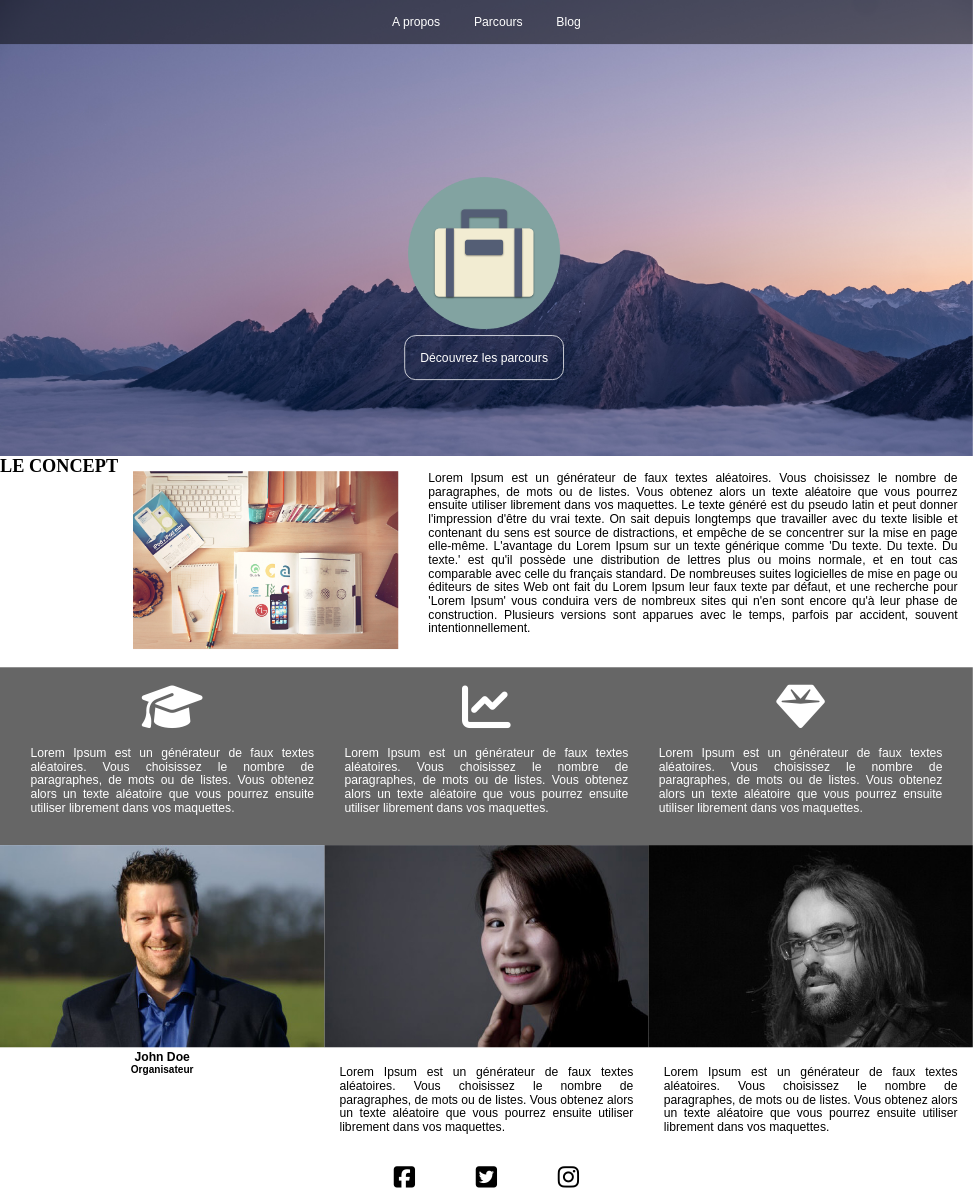
Repository: georeyff/WordPressThemes
Page: agenceVoyageInitial/index.html
These files come from the project's save history. The page is drawn as it stood at one moment and after the next save; the edit follows.
The browser window is 1280 px wide. The pictures show the whole page, at 76% of full size.
Some web fonts or font styles are not loaded; a fallback is used. Some web libraries are served in a nearby version.

Above is the page before, as saved 2020-11-26 17:09:59.

### agenceVoyageInitial/index.html
<!DOCTYPE html>

<html>

  <head>
    <meta name="viewport" content="width=device-width, initial-scale=1, maximum-scale=1">
    <!-- Global site tag (gtag.js) - Google Analytics -->
    <script async src="https://www.googletagmanager.com/gtag/js?id=UA-117493411-1"></script>
    <title>Agence de voyages</title>
    <link rel="stylesheet" type="text/css" href="style.css">

    <meta charset="utf-8">


    <link href="https://fonts.googleapis.com/css?family=Lobster" rel="stylesheet">
  <script src="https://kit.fontawesome.com/00a3624a11.js" crossorigin="anonymous"></script>
  </head>

  <body>

    <section id="hero">
      <nav>
        <a href="#" target="_blank">A propos</a>
        <a href="#" target="_blank">Parcours</a>
        <a href="#" target="_blank">Blog</a>
      </nav><!--Ici, on referme la balise nav-->
      <div id="bandeau">
        <div id="contenu">
          <div class="contenu-logo">
            <img src="logo-valise.png" alt="logo Agence de Voyages" width="200px"/>
          </div>
          <div class="contenu-cta">
            <a href="#">Découvrez les parcours</a>
          </div>

        </div><!--Ici, on referme la div contenu-->
      </div><!-- Ici, on referme la div bandeau-->

    </section><!--Ici, on referme la balise section-->

    <section id="apropos">
        <h2>LE CONCEPT</h2>
        <div id="apropos_image">

         <img src="images/office.jpg" alt="bureau"/>

        </div><!-- Referme apropos_image-->
         <div id="apropos_texte">
          <p>
            Lorem Ipsum est un générateur de faux textes aléatoires. Vous choisissez le nombre de paragraphes, de mots ou de listes. Vous obtenez alors un texte aléatoire que vous pourrez ensuite utiliser librement dans vos maquettes. Le texte généré est du pseudo latin et peut donner l'impression d'être du vrai texte. On sait depuis longtemps que travailler avec du texte lisible et contenant du sens est source de distractions, et empêche de se concentrer sur la mise en page elle-même. L'avantage du Lorem Ipsum sur un texte générique comme 'Du texte. Du texte. Du texte.' est qu'il possède une distribution de lettres plus ou moins normale, et en tout cas comparable avec celle du français standard. De nombreuses suites logicielles de mise en page ou éditeurs de sites Web ont fait du Lorem Ipsum leur faux texte par défaut, et une recherche pour 'Lorem Ipsum' vous conduira vers de nombreux sites qui n'en sont encore qu'à leur phase de construction. Plusieurs versions sont apparues avec le temps, parfois par accident, souvent intentionnellement.
          </p>
        </div><!-- Referme apropos_texte -->
    </section><!--Ici, on referme la section apropos-->

    <section id="services">
        <div class="services_item">
          <i class="fas fa-graduation-cap fa-4x"></i>
          <p>
            Lorem Ipsum est un générateur de faux textes aléatoires. Vous choisissez le nombre de paragraphes, de mots ou de listes. Vous obtenez alors un texte aléatoire que vous pourrez ensuite utiliser librement dans vos maquettes.
          </p>
        </div><!-- Referme services_item -->
        <div class="services_item">
          <i class="fas fa-chart-line fa-4x"></i>
          <p>
            Lorem Ipsum est un générateur de faux textes aléatoires. Vous choisissez le nombre de paragraphes, de mots ou de listes. Vous obtenez alors un texte aléatoire que vous pourrez ensuite utiliser librement dans vos maquettes.
          </p>
        </div><!-- Referme services_item -->
        <div class="services_item">
          <i class="fas fa-gem fa-4x"></i>
          <p>
            Lorem Ipsum est un générateur de faux textes aléatoires. Vous choisissez le nombre de paragraphes, de mots ou de listes. Vous obtenez alors un texte aléatoire que vous pourrez ensuite utiliser librement dans vos maquettes.
        </div><!-- Referme services_item -->
    </section><!--Ici, on referme la section services-->
    <section id="team">
        <div class="team_item">
          <img src="team1.jpg">
          <h4>John Doe</h4>
          <h5>Organisateur</h5>
        </div><!-- Referme services_item -->
        <div class="team_item">
          <img src="team2.jpg">
          <p>
            Lorem Ipsum est un générateur de faux textes aléatoires. Vous choisissez le nombre de paragraphes, de mots ou de listes. Vous obtenez alors un texte aléatoire que vous pourrez ensuite utiliser librement dans vos maquettes.
          </p>
        </div><!-- Referme services_item -->
        <div class="team_item">
          <img src="team3.jpg">
          <p>
            Lorem Ipsum est un générateur de faux textes aléatoires. Vous choisissez le nombre de paragraphes, de mots ou de listes. Vous obtenez alors un texte aléatoire que vous pourrez ensuite utiliser librement dans vos maquettes.
        </div><!-- Referme services_item -->
    </section><!--Ici, on referme la section services-->



    <footer>
      <div class="social">
        <a href="http://facebook.fr" target="_blank"><i class="fab fa-facebook-square fa-2x"></i></a>
      </div>
       <div class="social">
        <a href="http://twitter.fr" target="_blank"><i class="fab fa-twitter-square fa-2x"></i></a>
      </div>
      <div class="social">
        <a href="http://instagram.fr" target="_blank"><i class="fab fa-instagram fa-2x"></i></a>
      </div>
    </footer><!--Ici, on referme la balise footer-->






<!-- MODAL -->
<div id="leadModal" class="modal">

  <!-- BLOC CENTRAL -->
  <div class="modalBloc">
    <!-- Une icône -->
    <div class="modalIcon">
      <i class="fas fa-mug-hot fa-9x"></i>
    </div>
    <!-- Titre - Image - Sous-titre -->
    <div class="modalText">
      <h4 class="modalTextTitle">Continuez la lecture</h4>
      <img src="./images/seo.jpg">
      <h5 class="modalTextSubtitle">
        Prochain article : les 5 outils clés du SEO
      </h5>
    </div>
    <div class="modalBtn">
      <a href="#">Je continue</a>

      <a href="#" id="btnNo">Non merci, je ne préfère pas savoir</a>

    </div>
  </div><!-- Ici on referme modalBloc -->

</div><!-- Ici on referme leadModal -->




  <!-- BLOC FOND BLANC -->
<!--   <div class="modalMessage">
    <div class="modalIcon">
      <i class="fas fa-mug-hot fa-9x"></i>
    </div>
    <div class="modalText">
      <h4 class="modalTextTitle">Continuez la lecture</h4>
      <img src="./images/seo.jpg" width="300">
      <h5 class="modalTextSubtitle">Prochain article : les 5 outils clés du SEO</h5>
    </div>
    <div class="modalBtn">
      <a href="#">Je continue</a>
      <a href="#">Non merci, je ne préfère pas savoir</a>
    </div>

    <span class="close">&times;</span>
  </div> -->
<!-- SCRIPT POUR DECLENCHER UNE BOITE DE DIALOGUE + REDIRECTION -->
<!-- <script type="text/javascript">
  console.log('test depuis ligne 169');
  window.alert('Etes-vous sûr ?');
  window.location.href='http://someplace.com';
</script> -->



  <!-- <script src="script.js"></script> -->

  </body>

</html>

### agenceVoyageInitial/style.css
*{
  margin:0;
  padding:0;
}
@font-face {
    font-family: 'lunaregular';
    src: url('./fonts/luna-webfont.woff2') format('woff2'),
         url('./fonts/luna-webfont.woff') format('woff'),
         url('./fonts/luna.ttf');
    font-weight: normal;
    font-style: normal;
}

html{
  font-family: 'arial';
  font-size: 16px;
}

h1{
  color: black;/*rgb(0,0,0) ou #000 */
  font-size: 24px;
  font-family: 'lunaregular';
}
h2{
  color: black;
  font-family: 'Lobster', cursive;
}
h3{
  color: black;
}
a{
  color: white;
  text-decoration: none;
  padding : 20px;
}

#hero{
  background: url('images/bg.jpg');
  background-repeat: no-repeat;
  background-size: cover;
  /*height: 100%;pour prendre en compte les dimensions de padding à l'intérieur de cette grande DIV*/

  height: 600px;
  position: relative;

}

nav{
  background-color: rgba(0,0,0,0.5);
  text-align: center;
  padding: 20px;
}

#bandeau{
  /* margin-top: 10%; /* 10% de la largeur de la fenêtre */
  /* margin-bottom: 10%; */
  position: absolute;
  bottom: 20%;
  left: 40%;
  /* line-height: 600px; */
  /* background-color: rgba(255,255,255,0.5); */
}
.contenu-logo{
  margin: 25px;
}
#contenu{
  text-align: center;
  /* padding: 10%;10% de la largeur de la fenêtre */
}
#contenu a{
  color : rgb(255, 255, 255);
  border : 1px solid rgb(255, 255, 255);
  border-radius: 15px;
  padding: 20px;
  transition: all 1s;
  -webkit-transform: rotate(20deg);
}
#contenu a:hover{
  color : rgb(255, 255, 255);
  border : 1px solid rgba(92, 92, 92, 0.8);
  background-color: rgba(92, 92, 92, 0.8); */
  -ms-transform: rotate(20deg); /* IE 9 */
  -webkit-transform: rotate(20deg); /* Safari */
  transform: rotate(20deg);
}

#apropos{
  background-color: white;
  display: flex;
}

#apropos_image{
  padding: 20px;
  flex: 1;
}

#apropos_texte{
  padding: 20px;
  flex: 2;
  text-align: justify;
}

#apropos_image img{
  flex:1;
  max-width: 100%;/*L'image prend au maximum la largeur de son contenant, soit 100% de 1/3*/
}
#services{
  display : flex;
  background-color: #666;
  color: white;
  padding : 20px;
  text-align: center;
}
.services_item p{
  text-align: justify;
  padding: 20px;
}
#team{
  display : flex;
  text-align: center;
}
.team_item{
  flex: 1;
}
.team_item img{
  width: 100%;
}
.team_item p{
  text-align: justify;
  padding: 20px;
}
#lead{
  display: flex;
  justify-content: center;
  background-color: #e74c3c;
  color: white;
}
#lead h2{
  color: white;
}
.form{
  padding: 20px;
}

footer{
  display: flex;
  justify-content: center;
}

footer a{
  color: black;
}

footer a:hover{
  color: #e74c3c;
}

.social{
  padding: 20px;
}



#mce-success-response{
  color: white!important;
}

/* Le modal*/
.modal {
  display: none;  /*Caché par défaut*/
  position: fixed; /* Nécessaire pour positionner la DIV au bon endroit */
  z-index: 1; /* Se place au-dessus */
  left: 0;/*Collé au bord gauche*/
  top: 0;/*Collé au bord haut*/



  /* Pour pouvoir faire défiler le contenu */
  overflow: auto;

  background-color: rgba(243,235,72, 0.76); /* Jaune avec une transparence */
  height: 100%; /* Pleine hauteur */
  width: 100%; /* Pleine largeur */
  z-index: 1; /* Se place au-dessus */


}



/* Le Bloc Central*/
.modalBloc{
  margin: 10% auto;
  padding: 20px;
  width: 50%;
  text-align: center;
  background-color: white;
  color: black;
  border-top: 10px solid black;
}

.modalTextTitle{
  font-size: 60px;
  font-family: 'Lobster', cursive;
}
.modalTextSubtitle{
  font-size: 20px;
}
.modalText img{
  width: 60%;
}


.modalBtn{
  margin: 5%;
}
.modalBtn a{
  color: white;
  background-color:black;
}
.modalBtn a:hover{
  opacity: 0.7;
}

@media screen and (max-width: 414px){
  /*ICI LES PRECEDENTES DECLARATIONS*/
  .modalTextTitle{
    font-size:40px;
  }
  .modalBtn a{
    display: block;
    margin-bottom: 5%;
  }


  #apropos{
   flex-direction: column;
  }/*Ici, on referme la déclaration #apropos*/
  #services{
    flex-direction: column;
  }/*Ici, on referme la déclaration #services*/



}/*Ici, on referme la media query*/

After the next save:
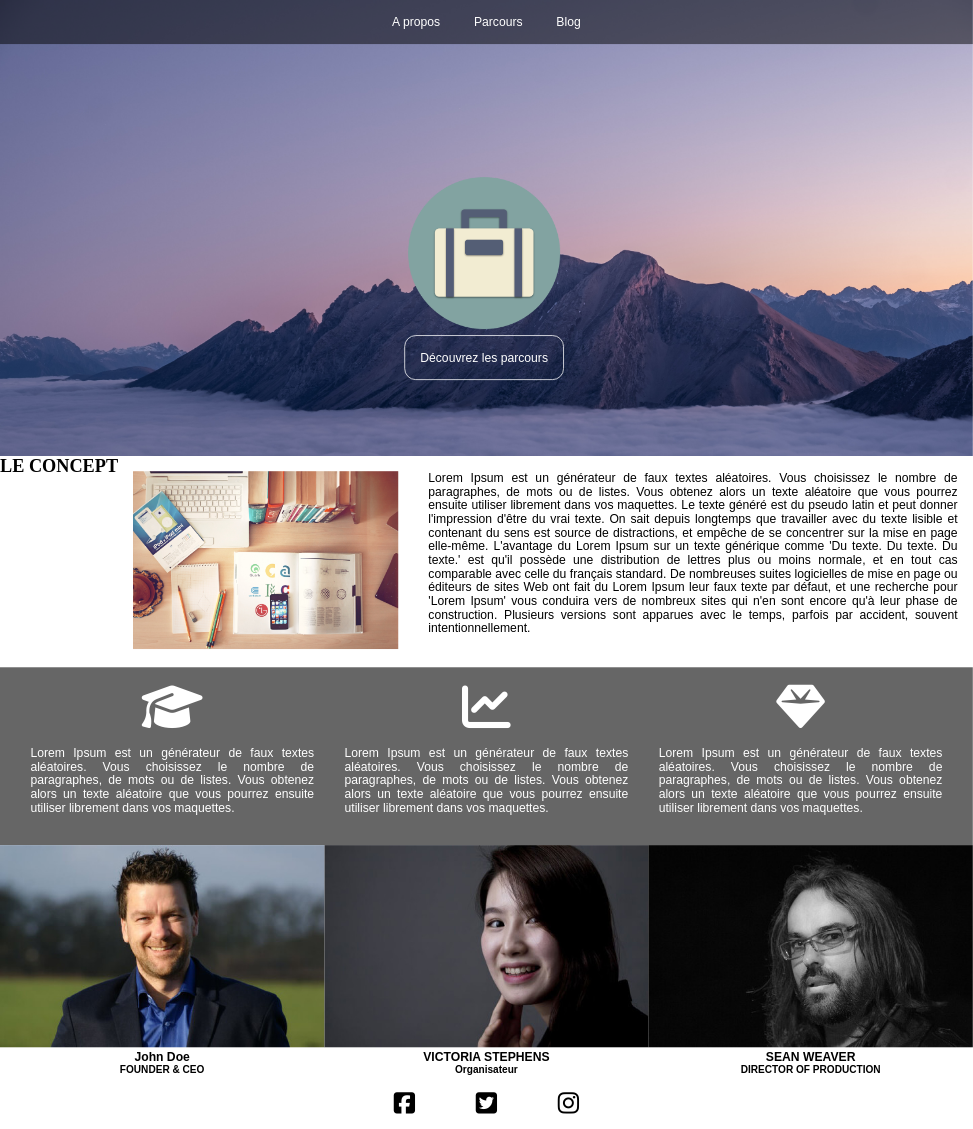
Saved 60 s later.
--- a/agenceVoyageInitial/index.html
+++ b/agenceVoyageInitial/index.html
@@ -75,18 +75,17 @@
         <div class="team_item">
           <img src="team1.jpg">
           <h4>John Doe</h4>
+          <h5>FOUNDER & CEO</h5>
+        </div><!-- Referme services_item -->
+        <div class="team_item">
+          <img src="team2.jpg">
+          <h4>VICTORIA STEPHENS</h4>
           <h5>Organisateur</h5>
         </div><!-- Referme services_item -->
         <div class="team_item">
-          <img src="team2.jpg">
-          <p>
-            Lorem Ipsum est un générateur de faux textes aléatoires. Vous choisissez le nombre de paragraphes, de mots ou de listes. Vous obtenez alors un texte aléatoire que vous pourrez ensuite utiliser librement dans vos maquettes.
-          </p>
-        </div><!-- Referme services_item -->
-        <div class="team_item">
           <img src="team3.jpg">
-          <p>
-            Lorem Ipsum est un générateur de faux textes aléatoires. Vous choisissez le nombre de paragraphes, de mots ou de listes. Vous obtenez alors un texte aléatoire que vous pourrez ensuite utiliser librement dans vos maquettes.
+          <h4>SEAN WEAVER</h4>
+          <h5>DIRECTOR OF PRODUCTION</h5>
         </div><!-- Referme services_item -->
     </section><!--Ici, on referme la section services-->
 
